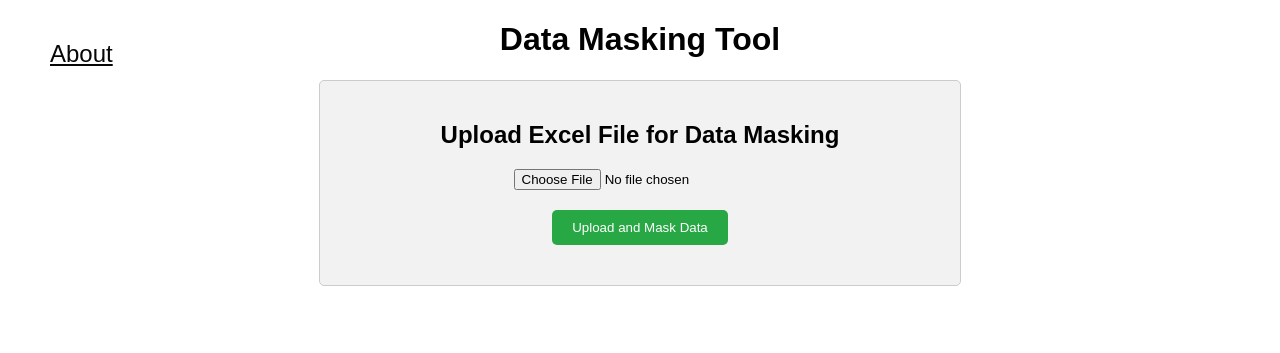
Repository: prithika12/DataMasking_Tool
Page: index.html
These files come from the project's save history. The page is drawn as it stood at one moment and after the next save; the edit follows.
The browser window is 1280 px wide. The pictures show the whole page.

Above is the page before, as saved 2024-07-09 11:48:54.

### index.html
<!DOCTYPE html>
<html>
<head>
    <h1>Data Masking Tool</h1>
    <style>
        body {
            font-family: Arial, sans-serif;
            margin: 0;
            padding: 0;
            justify-content: center; /* Center horizontally */
            align-items: center; /* Center vertically */
        }
        .container {
            max-width: 600px;
            margin: 0 auto;
            padding: 20px;
            background-color: #f2f2f2;
            border: 1px solid #ccc;
            border-radius: 5px;
        }
        h1, h2 {
            text-align: center;
        }

        input[type="file"] {
            display: block;
            margin: 20px auto;
        }
        button {
            display: block;
            margin: 20px auto;
            padding: 10px 20px;
            background-color: #28a745;
            color: white;
            border: none;
            border-radius: 5px;
            cursor: pointer;
        }
        button:hover {
            background-color: #218838;
        }
        .about-link {
            position: absolute;
            top: 20px;
            left: 20px;
            padding: 20px 30px;
        }
        .about-link a {
            color: #070708;
            font-size:x-large;
            text-decoration: underline;
        }
        .about-link a:hover {
            text-decoration: underline;
        }
    </style>
</head>
<body>
    <div class="container">
        <h2>Upload Excel File for Data Masking</h2>
        <form action="/uploader" method="post" enctype="multipart/form-data">
            <input type="file" name="file" accept=".xlsx">
            <button type="submit">Upload and Mask Data</button>
        </form>
    </div>
    <div class="about-link">
        <a href="https://github.com/prithika12/DataMasking_Tool/blob/main/README.md" target="_blank">About</a>
    </div>
</body>
</html>

After the next save:
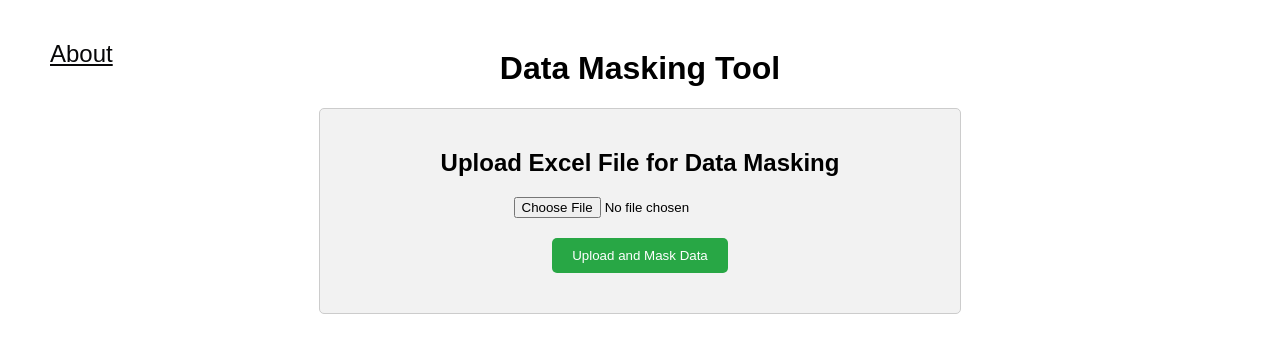
Saved 39 s later.
--- a/index.html
+++ b/index.html
@@ -5,8 +5,7 @@
     <style>
         body {
             font-family: Arial, sans-serif;
-            margin: 0;
-            padding: 0;
+            margin: 50px;
             justify-content: center; /* Center horizontally */
             align-items: center; /* Center vertically */
         }
